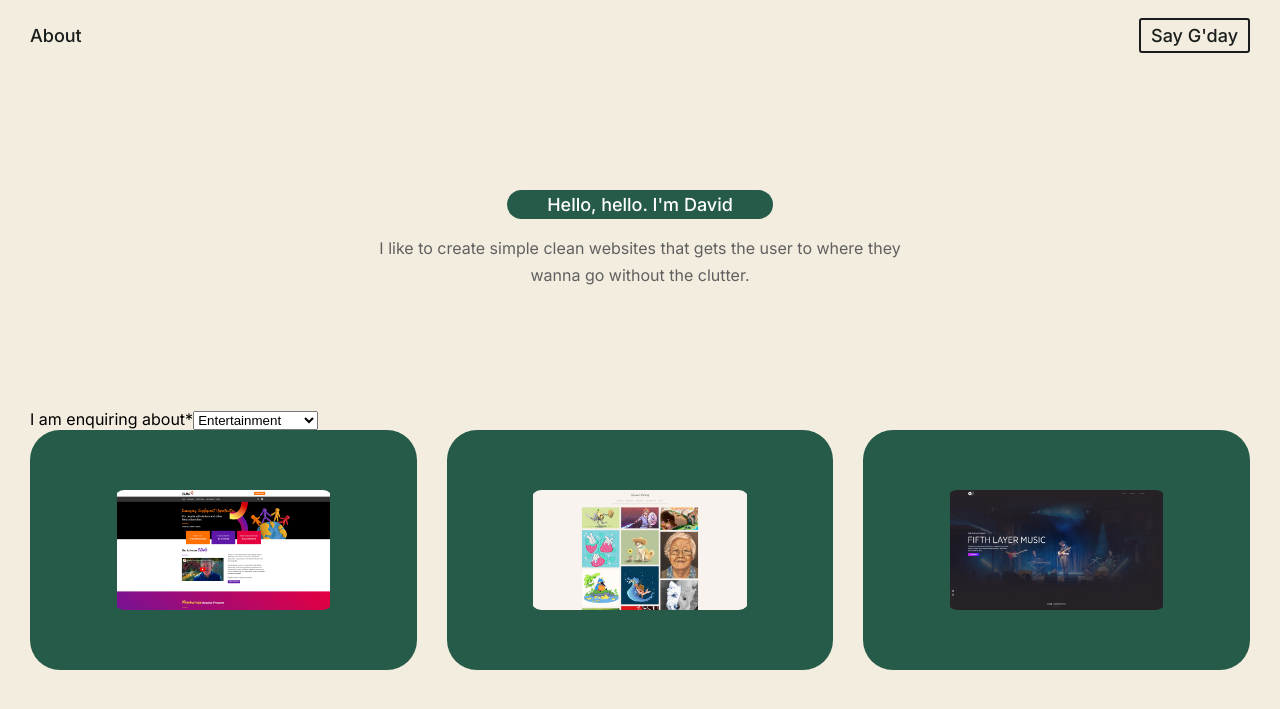
Repository: David-Waite/David-Waite-Portfolio
Page: /
These files come from the project's save history. The page is drawn as it stood at one moment and after the next save; the edit follows.
The browser window is 1280 px wide. The pictures show the whole page.
The project was rebuilt for these pictures with package versions that can differ from the ones it lists, and the page was loaded fresh each time. The framework's server and built-in components were replaced by stand-ins that run in the browser. Also part of the build but not shown: next.config.js.

Above is the page before, as saved 2023-07-26 13:33:00.

After the next save:
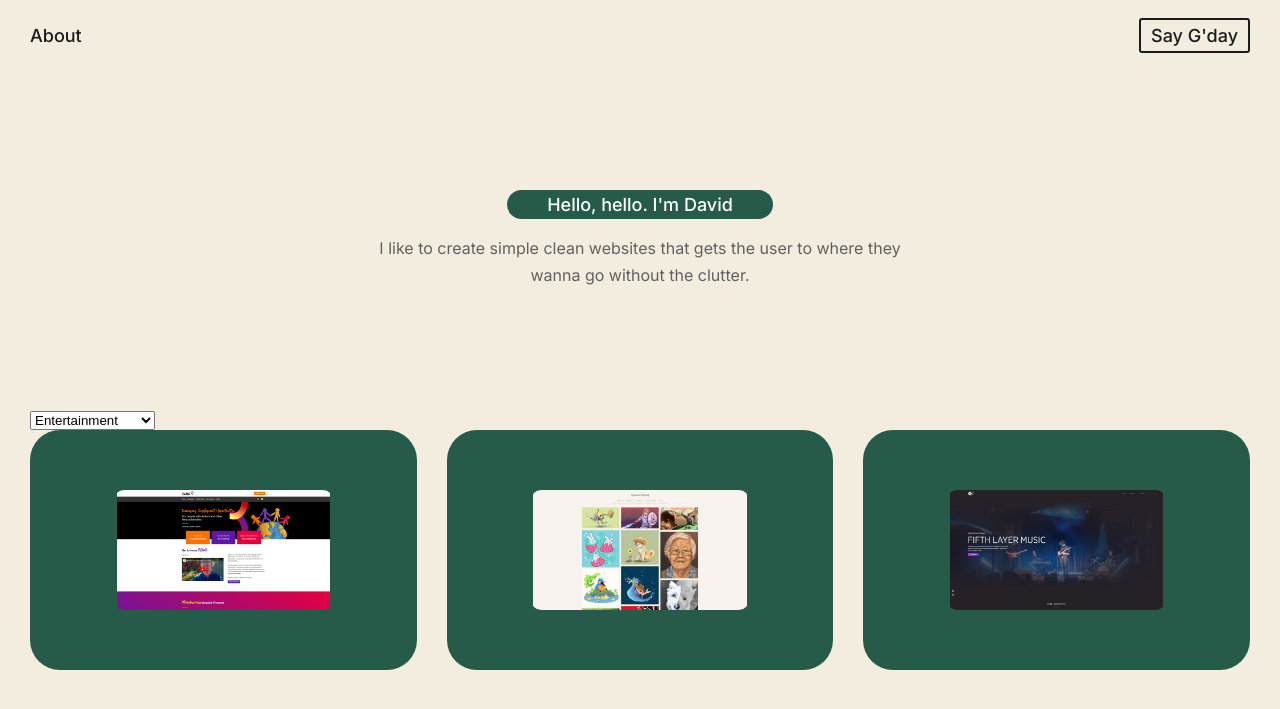
Saved 9 s later.
--- a/app/page.tsx
+++ b/app/page.tsx
@@ -11,9 +11,7 @@ export default function Home() {
           they wanna go without the clutter.
         </p>
       </div>
-      <label htmlFor="enquiring">
-        <span>I am enquiring about*</span>
-      </label>
+      <label htmlFor="enquiring"></label>
 
       <select name="enquiring" id="enquiring">
         <option value="Entertainment">Entertainment</option>
